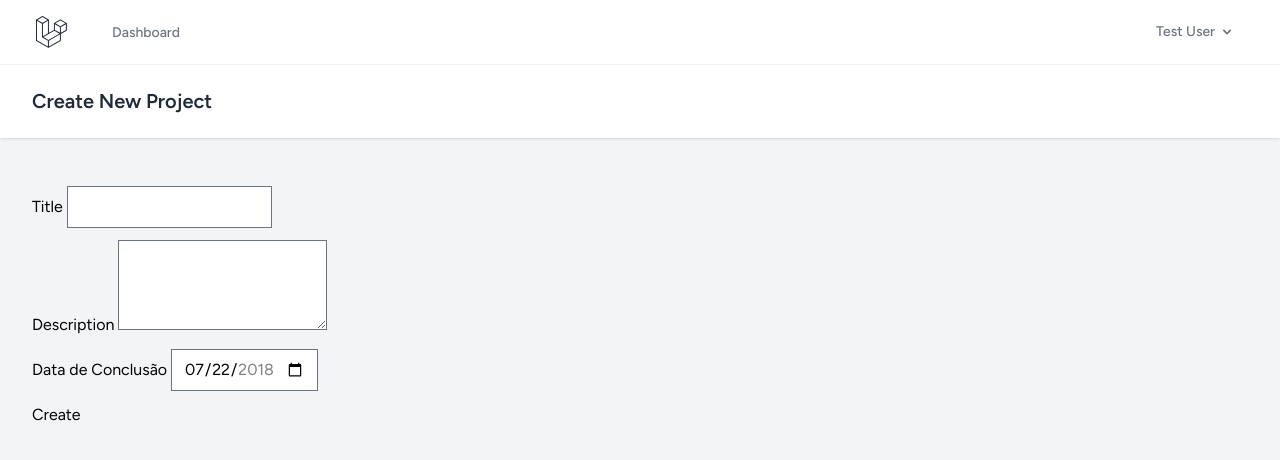
Repository: fernando-maio/ip4y
Page: http://localhost/projects/create
An editor plug-in stored every save of this project. The page is shown before and after the next save, followed by the edit.
The browser window is 1280 px wide. The pictures show the whole page.
The page is served by the project's Laravel application, run on PHP 8.4 with Laravel 12. A made-up administrator, Test User (test@example.com), is signed in. Other server files are loaded and not shown. Style sheets and scripts are compiled from the project's sources, by tool versions that may differ from the author's.

Above is the page before, as saved 2024-08-26 23:36:07.

### app/Providers/AppServiceProvider.php
<?php

namespace App\Providers;

use App\Interfaces\ProjectRepositoryInterface;
use App\Interfaces\ProjectServiceInterface;
use App\Interfaces\TaskRepositoryInterface;
use App\Interfaces\TaskServiceInterface;
use App\Repositories\ProjectRepository;
use App\Repositories\TaskRepository;
use App\Services\ProjectService;
use App\Services\TaskService;
use Illuminate\Support\ServiceProvider;

class AppServiceProvider extends ServiceProvider
{
    /**
     * Register any application services.
     */
    public function register(): void
    {
        $this->app->bind(ProjectServiceInterface::class, ProjectService::class);
        $this->app->bind(ProjectRepositoryInterface::class, ProjectRepository::class);
        $this->app->bind(TaskServiceInterface::class, TaskService::class);
        $this->app->bind(TaskRepositoryInterface::class, TaskRepository::class);
    }

    /**
     * Bootstrap any application services.
     */
    public function boot(): void
    {
        //
    }
}

### routes/web.php
<?php

use App\Http\Controllers\ProfileController;
use App\Http\Controllers\ProjectController;
use App\Http\Controllers\TaskController;
use Illuminate\Support\Facades\Route;

Route::get('/', function () {
    return view('welcome');
});

Route::get('/dashboard', function () {
    return view('dashboard');
})->middleware(['auth', 'verified'])->name('dashboard');

Route::middleware('auth')->group(function () {
    Route::get('/profile', [ProfileController::class, 'edit'])->name('profile.edit');
    Route::patch('/profile', [ProfileController::class, 'update'])->name('profile.update');
    Route::delete('/profile', [ProfileController::class, 'destroy'])->name('profile.destroy');
    Route::resource('/tasks', TaskController::class);
    Route::resource('/projects', ProjectController::class);
    Route::get('/projects/report/pdf', [ProjectController::class, 'downloadPDF'])->name('projects.report.pdf');
    Route::get('/projects/report/excel', [ProjectController::class, 'downloadExcel'])->name('projects.report.excel');
});

require __DIR__ . '/auth.php';

### app/Http/Controllers/ProjectController.php
<?php

namespace App\Http\Controllers;

use App\Http\Requests\ProjectRequest;
use App\Interfaces\ProjectServiceInterface;

class ProjectController extends Controller
{
    protected $projectService;

    public function __construct(ProjectServiceInterface $projectService)
    {
        $this->projectService = $projectService;
    }

    public function index()
    {
        $projects = $this->projectService->getAllProjects();
        return view('projects.index', compact('projects'));
    }

    public function create()
    {
        return view('projects.create');
    }

    public function store(ProjectRequest $request)
    {
        $this->projectService->createProject($request->validated());
        return redirect()->route('projects.index')->with('success', 'Projeto criado com sucesso!');
    }

    public function show($id)
    {
        $project = $this->projectService->getProjectById($id);
        return view('projects.show', compact('project'));
    }

    public function edit($id)
    {
        $project = $this->projectService->getProjectById($id);
        return view('projects.edit', compact('project'));
    }

    public function update(ProjectRequest $request, $id)
    {
        $this->projectService->updateProject($id, $request->validated());
        return redirect()->route('projects.index')->with('success', 'Projeto atualizado com sucesso!');
    }

    public function destroy($id)
    {
        $this->projectService->deleteProject($id);
        return redirect()->route('projects.index')->with('success', 'Projeto deletado com sucesso!');
    }

    public function downloadPDF()
    {
        return $this->projectService->generateProjectReportPDF();
    }

    public function downloadExcel()
    {
        return $this->projectService->generateProjectReportExcel();
    }
}

### app/Services/ProjectService.php
<?php

namespace App\Services;

use App\Exports\ProjectsExport;
use App\Interfaces\ProjectRepositoryInterface;
use App\Interfaces\ProjectServiceInterface;
use Barryvdh\DomPDF\Facade\Pdf as FacadePdf;
use Maatwebsite\Excel\Facades\Excel;

class ProjectService implements ProjectServiceInterface
{
    protected $projectRepository;

    public function __construct(ProjectRepositoryInterface $projectRepository)
    {
        $this->projectRepository = $projectRepository;
    }

    public function createProject(array $data)
    {
        return $this->projectRepository->create($data);
    }

    public function updateProject(int $id, array $data)
    {
        return $this->projectRepository->update($id, $data);
    }

    public function deleteProject(int $id)
    {
        return $this->projectRepository->delete($id);
    }

    public function getProjectById(int $id)
    {
        return $this->projectRepository->find($id);
    }

    public function getAllProjects()
    {
        return $this->projectRepository->all();
    }

    public function generateProjectReportPDF()
    {
        $projects = $this->projectRepository->all();
        $pdf = FacadePdf::loadView('projects.report', compact('projects'));
        return $pdf->download('project_report.pdf');
    }

    public function generateProjectReportExcel()
    {
        return Excel::download(new ProjectsExport, 'project_report.xlsx');
    }
}

### app/Interfaces/ProjectServiceInterface.php
<?php

namespace App\Interfaces;

interface ProjectServiceInterface
{
    public function createProject(array $data);
    public function updateProject(int $id, array $data);
    public function deleteProject(int $id);
    public function getProjectById(int $id);
    public function getAllProjects();
    public function generateProjectReportPDF();
    public function generateProjectReportExcel();
}

### app/Repositories/ProjectRepository.php
<?php

namespace App\Repositories;

use App\Interfaces\ProjectRepositoryInterface;
use App\Models\Project;

class ProjectRepository implements ProjectRepositoryInterface
{
    protected $project;

    public function __construct(Project $project)
    {
        $this->project = $project;
    }

    public function create(array $data)
    {
        return $this->project->create($data);
    }

    public function update(int $id, array $data)
    {
        $project = $this->project->find($id);
        if ($project) {
            $project->update($data);
            return $project;
        }
        return null;
    }

    public function delete(int $id)
    {
        $project = $this->project->find($id);
        if ($project) {
            $project->delete();
            return true;
        }
        return false;
    }

    public function find(int $id)
    {
        return $this->project->find($id);
    }

    public function all()
    {
        return $this->project->all();
    }
}

### app/Interfaces/ProjectRepositoryInterface.php
<?php

namespace App\Interfaces;

interface ProjectRepositoryInterface
{
    public function create(array $data);
    public function update(int $id, array $data);
    public function delete(int $id);
    public function find(int $id);
    public function all();
}

### resources/views/projects/create.blade.php
<x-app-layout>
    <x-slot name="header">
        <h2 class="font-semibold text-xl text-gray-800 leading-tight">
            {{ __('Create New Project') }}
        </h2>
    </x-slot>

    <div class="py-12">
        <div class="max-w-7xl mx-auto sm:px-6 lg:px-8 space-y-6">
            <form action="{{ route('projects.store') }}" method="POST">
                @csrf
                <div class="mb-3">
                    <label for="title" class="form-label">Title</label>
                    <input type="text" name="title" class="form-control" id="title" required>
                </div>
                <div class="mb-3">
                    <label for="description" class="form-label">Description</label>
                    <textarea name="description" class="form-control" id="description" rows="3" required></textarea>
                </div>
                <div class="mb-3">
                    <label for="description" class="form-label">Data de Conclusão</label>
                    <date name="description" class="form-control" id="description" rows="3" required></date>
                    <input type="date" id="start" name="due_date" class="form-control" value="2018-07-22" min="2018-01-01" max="2018-12-31" />
                </div>
                <button type="submit" class="btn btn-primary">Create</button>
            </form>
        </div>
    </div>
</x-app-layout>

### resources/views/layouts/navigation.blade.php
<nav x-data="{ open: false }" class="bg-white border-b border-gray-100">
    <!-- Primary Navigation Menu -->
    <div class="max-w-7xl mx-auto px-4 sm:px-6 lg:px-8">
        <div class="flex justify-between h-16">
            <div class="flex">
                <!-- Logo -->
                <div class="shrink-0 flex items-center">
                    <a href="{{ route('dashboard') }}">
                        <x-application-logo class="block h-9 w-auto fill-current text-gray-800" />
                    </a>
                </div>

                <!-- Navigation Links -->
                <div class="hidden space-x-8 sm:-my-px sm:ms-10 sm:flex">
                    <x-nav-link :href="route('dashboard')" :active="request()->routeIs('dashboard')">
                        {{ __('Dashboard') }}
                    </x-nav-link>
                </div>
            </div>

            <!-- Settings Dropdown -->
            <div class="hidden sm:flex sm:items-center sm:ms-6">
                <x-dropdown align="right" width="48">
                    <x-slot name="trigger">
                        <button class="inline-flex items-center px-3 py-2 border border-transparent text-sm leading-4 font-medium rounded-md text-gray-500 bg-white hover:text-gray-700 focus:outline-none transition ease-in-out duration-150">
                            <div>{{ Auth::user()->name }}</div>

                            <div class="ms-1">
                                <svg class="fill-current h-4 w-4" xmlns="http://www.w3.org/2000/svg" viewBox="0 0 20 20">
                                    <path fill-rule="evenodd" d="M5.293 7.293a1 1 0 011.414 0L10 10.586l3.293-3.293a1 1 0 111.414 1.414l-4 4a1 1 0 01-1.414 0l-4-4a1 1 0 010-1.414z" clip-rule="evenodd" />
                                </svg>
                            </div>
                        </button>
                    </x-slot>

                    <x-slot name="content">
                        <x-dropdown-link :href="route('profile.edit')">
                            {{ __('Profile') }}
                        </x-dropdown-link>

                        <x-dropdown-link :href="route('projects.index')">
                            {{ __('Projects') }}
                        </x-dropdown-link>

                        <x-dropdown-link :href="route('tasks.index')">
                            {{ __('Tasks') }}
                        </x-dropdown-link>

                        <!-- Authentication -->
                        <form method="POST" action="{{ route('logout') }}">
                            @csrf

                            <x-dropdown-link :href="route('logout')"
                                    onclick="event.preventDefault();
                                                this.closest('form').submit();">
                                {{ __('Log Out') }}
                            </x-dropdown-link>
                        </form>
                    </x-slot>
                </x-dropdown>
            </div>

            <!-- Hamburger -->
            <div class="-me-2 flex items-center sm:hidden">
                <button @click="open = ! open" class="inline-flex items-center justify-center p-2 rounded-md text-gray-400 hover:text-gray-500 hover:bg-gray-100 focus:outline-none focus:bg-gray-100 focus:text-gray-500 transition duration-150 ease-in-out">
                    <svg class="h-6 w-6" stroke="currentColor" fill="none" viewBox="0 0 24 24">
                        <path :class="{'hidden': open, 'inline-flex': ! open }" class="inline-flex" stroke-linecap="round" stroke-linejoin="round" stroke-width="2" d="M4 6h16M4 12h16M4 18h16" />
                        <path :class="{'hidden': ! open, 'inline-flex': open }" class="hidden" stroke-linecap="round" stroke-linejoin="round" stroke-width="2" d="M6 18L18 6M6 6l12 12" />
                    </svg>
                </button>
            </div>
        </div>
    </div>

    <!-- Responsive Navigation Menu -->
    <div :class="{'block': open, 'hidden': ! open}" class="hidden sm:hidden">
        <div class="pt-2 pb-3 space-y-1">
            <x-responsive-nav-link :href="route('dashboard')" :active="request()->routeIs('dashboard')">
                {{ __('Dashboard') }}
            </x-responsive-nav-link>
        </div>

        <!-- Responsive Settings Options -->
        <div class="pt-4 pb-1 border-t border-gray-200">
            <div class="px-4">
                <div class="font-medium text-base text-gray-800">{{ Auth::user()->name }}</div>
                <div class="font-medium text-sm text-gray-500">{{ Auth::user()->email }}</div>
            </div>

            <div class="mt-3 space-y-1">
                <x-responsive-nav-link :href="route('profile.edit')">
                    {{ __('Profile') }}
                </x-responsive-nav-link>

                <!-- Authentication -->
                <form method="POST" action="{{ route('logout') }}">
                    @csrf

                    <x-responsive-nav-link :href="route('logout')"
                            onclick="event.preventDefault();
                                        this.closest('form').submit();">
                        {{ __('Log Out') }}
                    </x-responsive-nav-link>
                </form>
            </div>
        </div>
    </div>
</nav>

Loaded but not shown: routes/auth.php (common file); app/Http/Controllers/Auth/EmailVerificationPromptController.php (common file); app/Http/Controllers/Controller.php (common file); app/Http/Controllers/Auth/VerifyEmailController.php (common file); app/Models/User.php (common file); app/Models/Project.php (common file); app/View/Components/AppLayout.php (common file); resources/views/layouts/app.blade.php (common file); resources/views/components/application-logo.blade.php (common file); resources/views/components/nav-link.blade.php (common file); resources/views/components/dropdown-link.blade.php (common file); resources/views/components/dropdown.blade.php (common file); resources/views/components/responsive-nav-link.blade.php (common file); resources/css/app.css (common file); tailwind.config.js (common file); resources/js/app.js (common file); resources/js/bootstrap.js (common file)

After the next save:
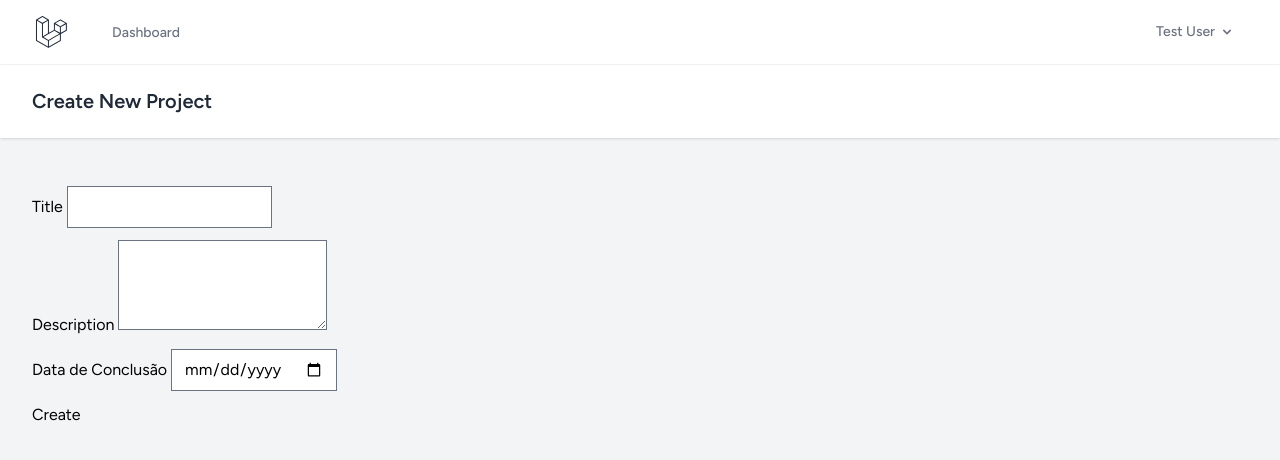
Saved 6 s later.
--- a/resources/views/projects/create.blade.php
+++ b/resources/views/projects/create.blade.php
@@ -20,7 +20,7 @@
                 <div class="mb-3">
                     <label for="description" class="form-label">Data de Conclusão</label>
                     <date name="description" class="form-control" id="description" rows="3" required></date>
-                    <input type="date" id="start" name="due_date" class="form-control" value="2018-07-22" min="2018-01-01" max="2018-12-31" />
+                    <input type="date" id="start" name="due_date" class="form-control"/>
                 </div>
                 <button type="submit" class="btn btn-primary">Create</button>
             </form>
